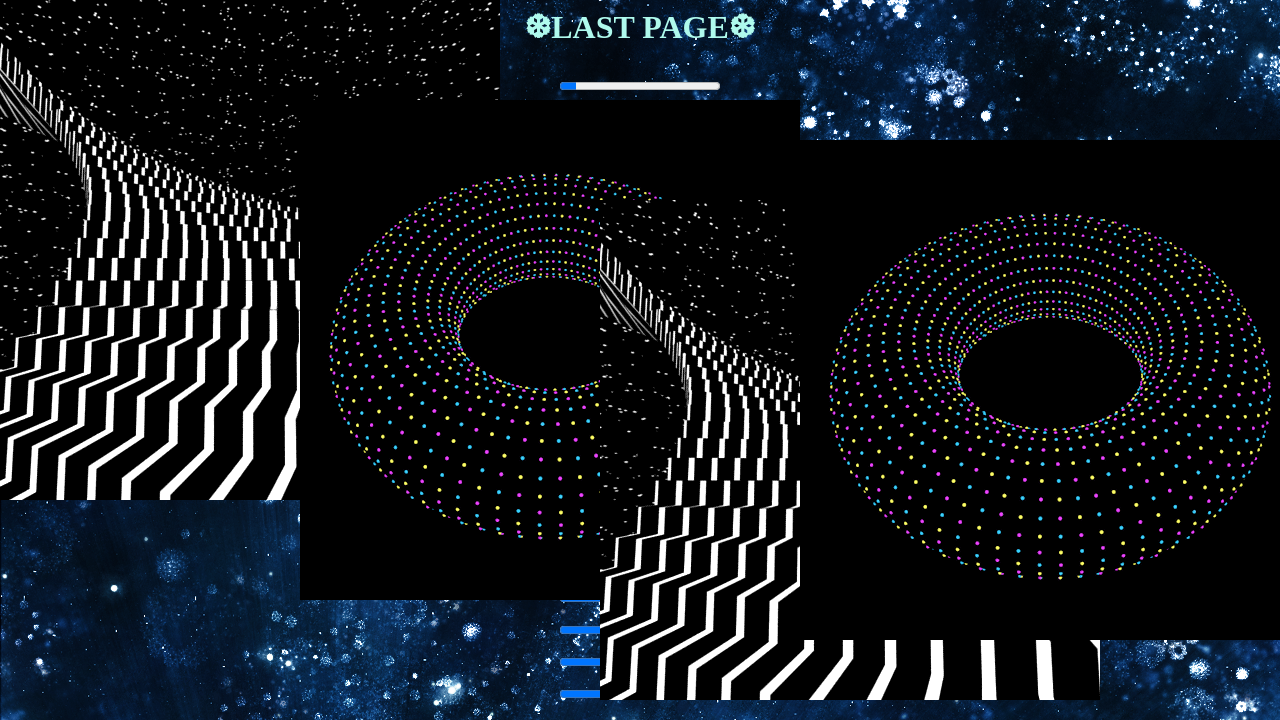
Repository: hanj291/hanj291.github.io
Page: CSS_composition/page5.html
The author's editor kept a record of every edit. The page is drawn from the files as they stood at one moment, then again after the next edit.
The browser window is 1280 px wide. The pictures show the whole page.

Above is the page before.

After the next edit:
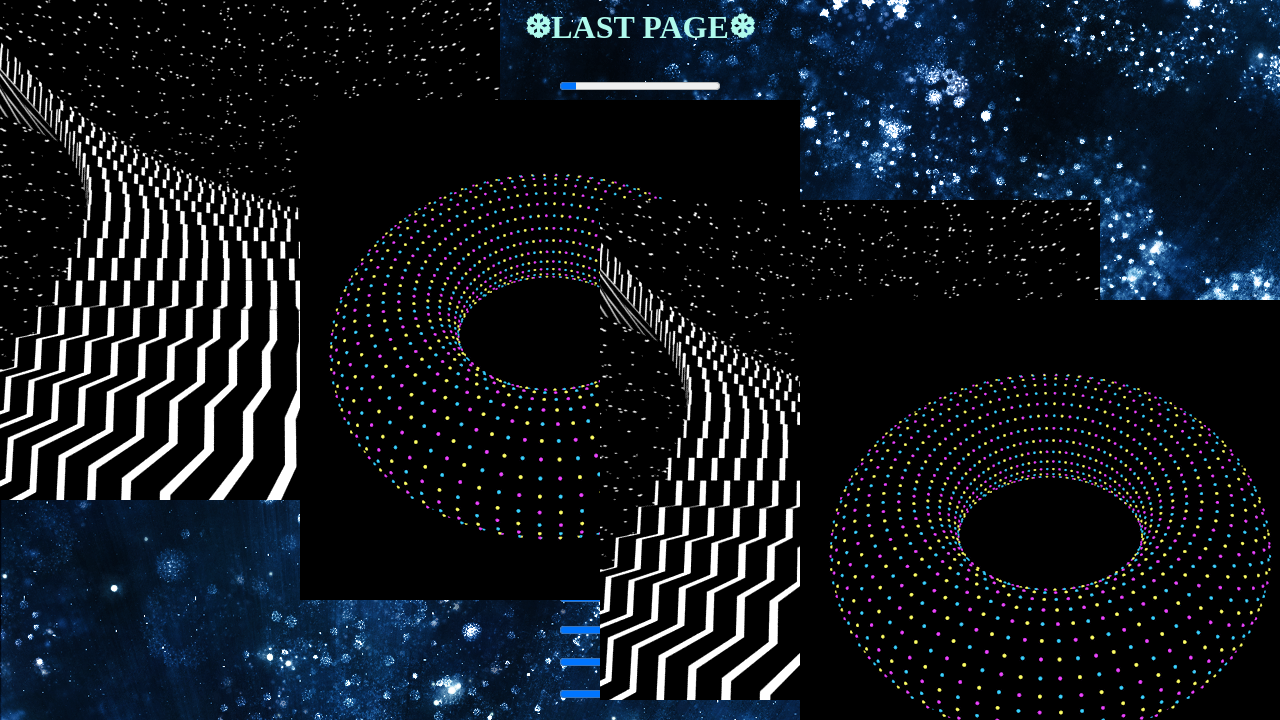
The edit:
--- a/CSS_composition/page5css.css
+++ b/CSS_composition/page5css.css
@@ -36,7 +36,7 @@
     height: 500px;
      position: absolute;
     left: 800px;
-    top: 140px;
+    top: 300px;
     z-index: 2;
     background-image: url(image/dd.gif);
 }
